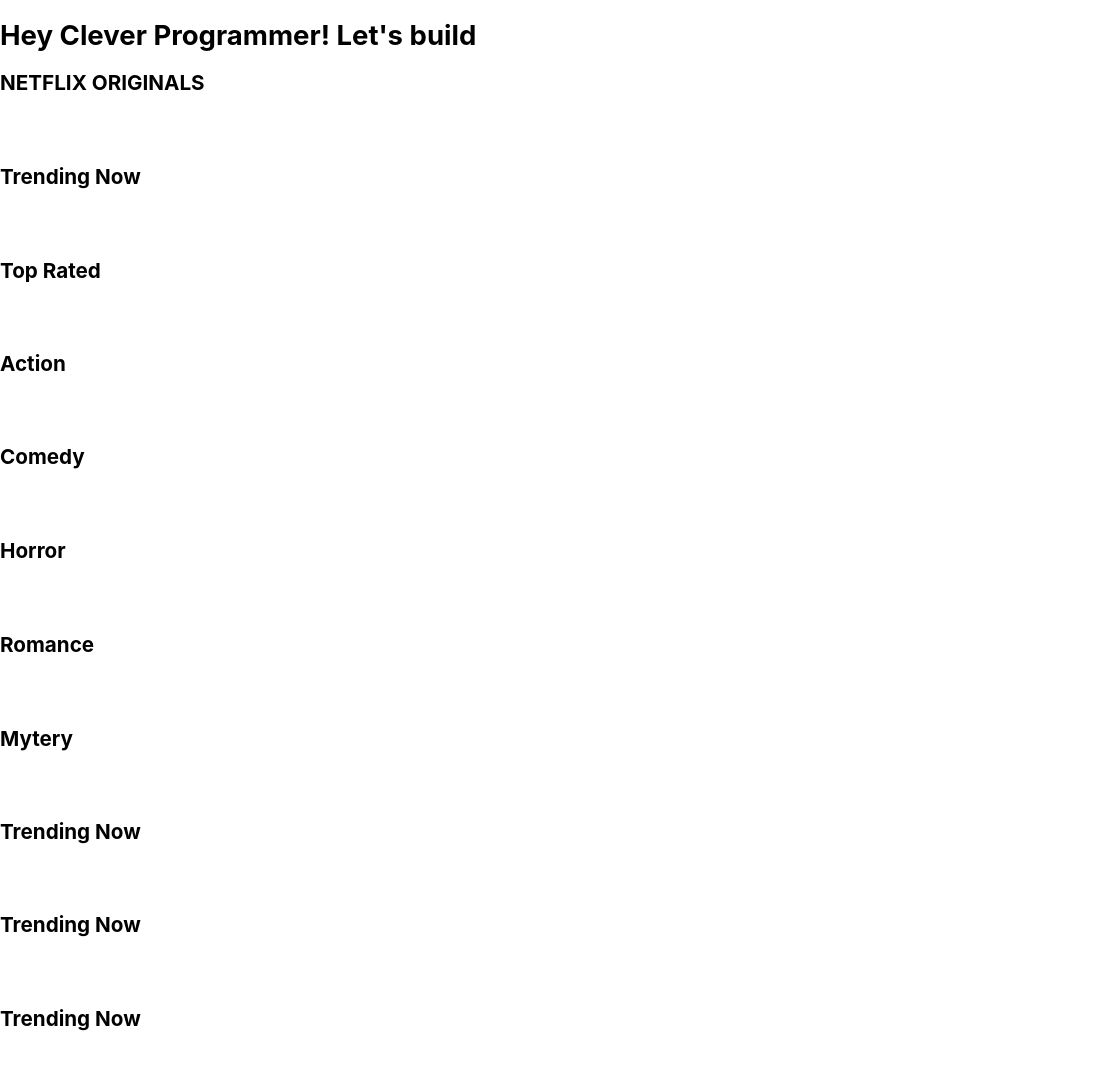
Repository: digiangler/netflix-clone
Page: /
The author's editor kept a copy of each file at every save. The page is drawn from the files as they stood at one save, then again after the next save.
The browser window is 1280 px wide. The pictures show the whole page, at 86% of full size.
The page's requests for data from a server got no answer. The project was rebuilt for these pictures with package versions that can differ from the ones it lists, and the page was loaded fresh each time. No one was signed in, and anything a server would have sent is missing. Also part of the build but not shown: src/App.css.

Above is the page before, as saved 2020-09-18 15:55:17.

After the next save:
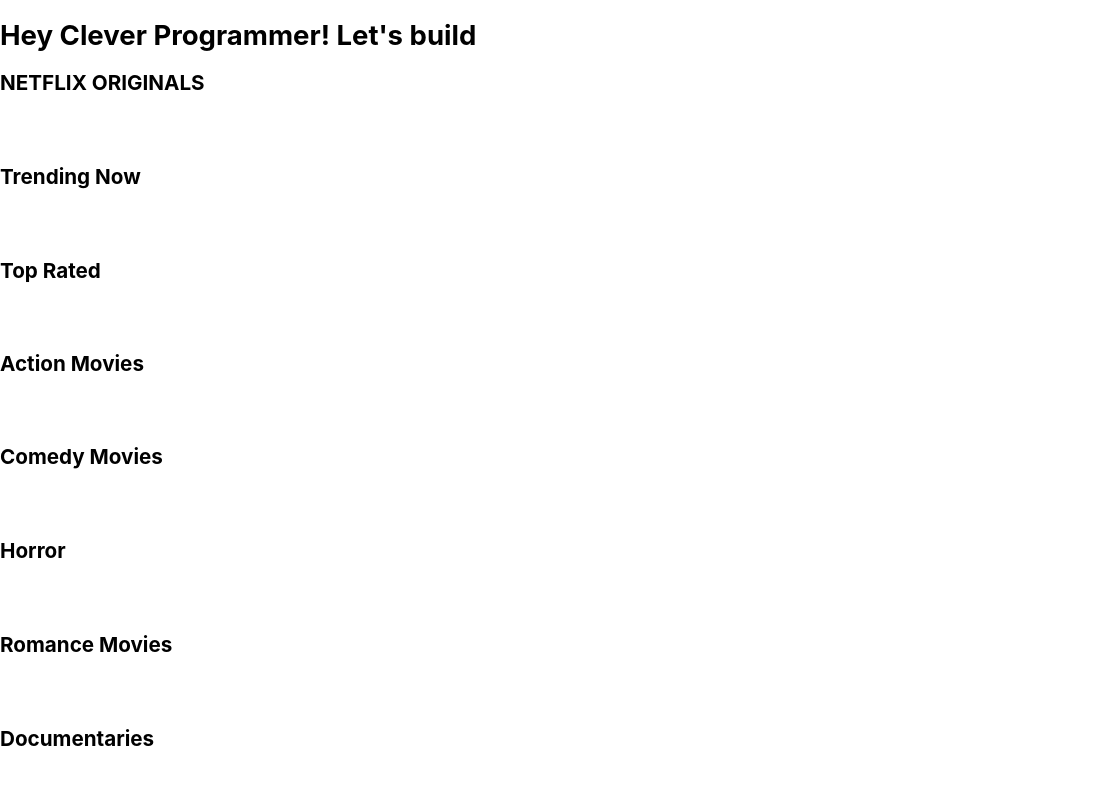
Saved 7 min 21 s later.
--- a/src/App.js
+++ b/src/App.js
@@ -1,7 +1,8 @@
 import React from "react";
+
 import "./App.css";
+import Row from "./Row";
 import requests from "./requests";
-import Row from "./Row";
 
 function App() {
   return (
@@ -15,14 +16,11 @@
 
       <Row title='Trending Now' fetchUrl={requests.fetchTrending} />
       <Row title='Top Rated' fetchUrl={requests.fetchTopRated} />
-      <Row title='Action' fetchUrl={requests.fetchActionMovies} />
-      <Row title='Comedy' fetchUrl={requests.fetchComedyMovies} />
+      <Row title='Action Movies' fetchUrl={requests.fetchActionMovies} />
+      <Row title='Comedy Movies' fetchUrl={requests.fetchComedyMovies} />
       <Row title='Horror' fetchUrl={requests.fetchHorrorMovies} />
-      <Row title='Romance' fetchUrl={requests.fetchRomanceMovies} />
-      <Row title='Mytery' fetchUrl={requests.fetchMystery} />
-      <Row title='Trending Now' fetchUrl={requests.fetchTrending} />
-      <Row title='Trending Now' fetchUrl={requests.fetchTrending} />
-      <Row title='Trending Now' fetchUrl={requests.fetchTrending} />
+      <Row title='Romance Movies' fetchUrl={requests.fetchRomanceMovies} />
+      <Row title='Documentaries' fetchUrl={requests.fetchMystery} />
     </div>
   );
 }
